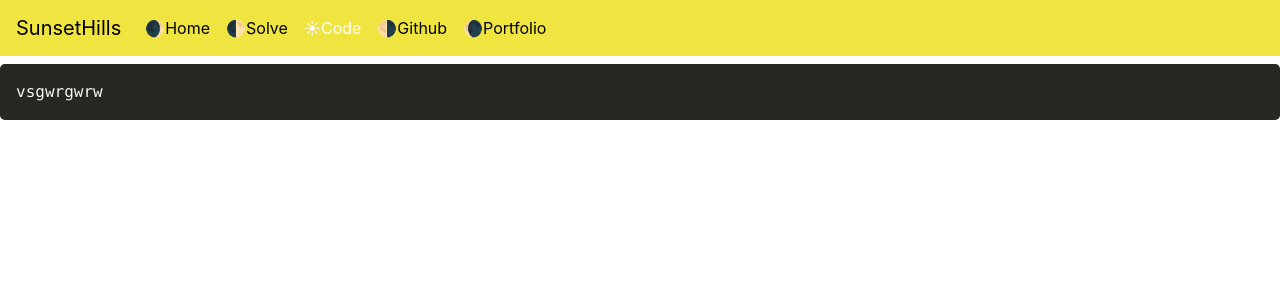
Repository: zhadjah9559/SunsetHills
Page: code.html
The author's editor kept a copy of each file at every save. The page is drawn from the files as they stood at one save, then again after a run of saves.
The browser window is 1280 px wide. The pictures show the whole page.

Above is the page before, as saved 2021-01-14 17:09:39.

After the next 2 saves:
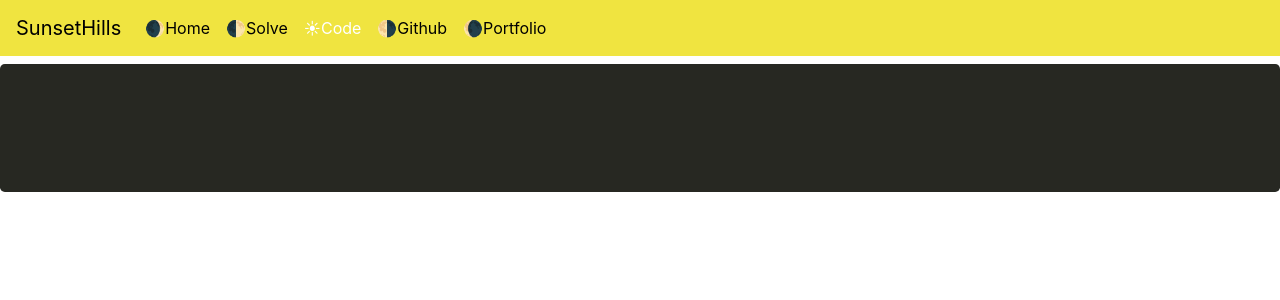
The 2 saves are shown as one change because they came seconds apart.
The last was saved 7 s later.
--- a/code.html
+++ b/code.html
@@ -43,7 +43,7 @@
 
     <pre class="language-js">
         <code class="language-js">
-            vsgwrgwrw
+
 
         </code>
     </pre>
